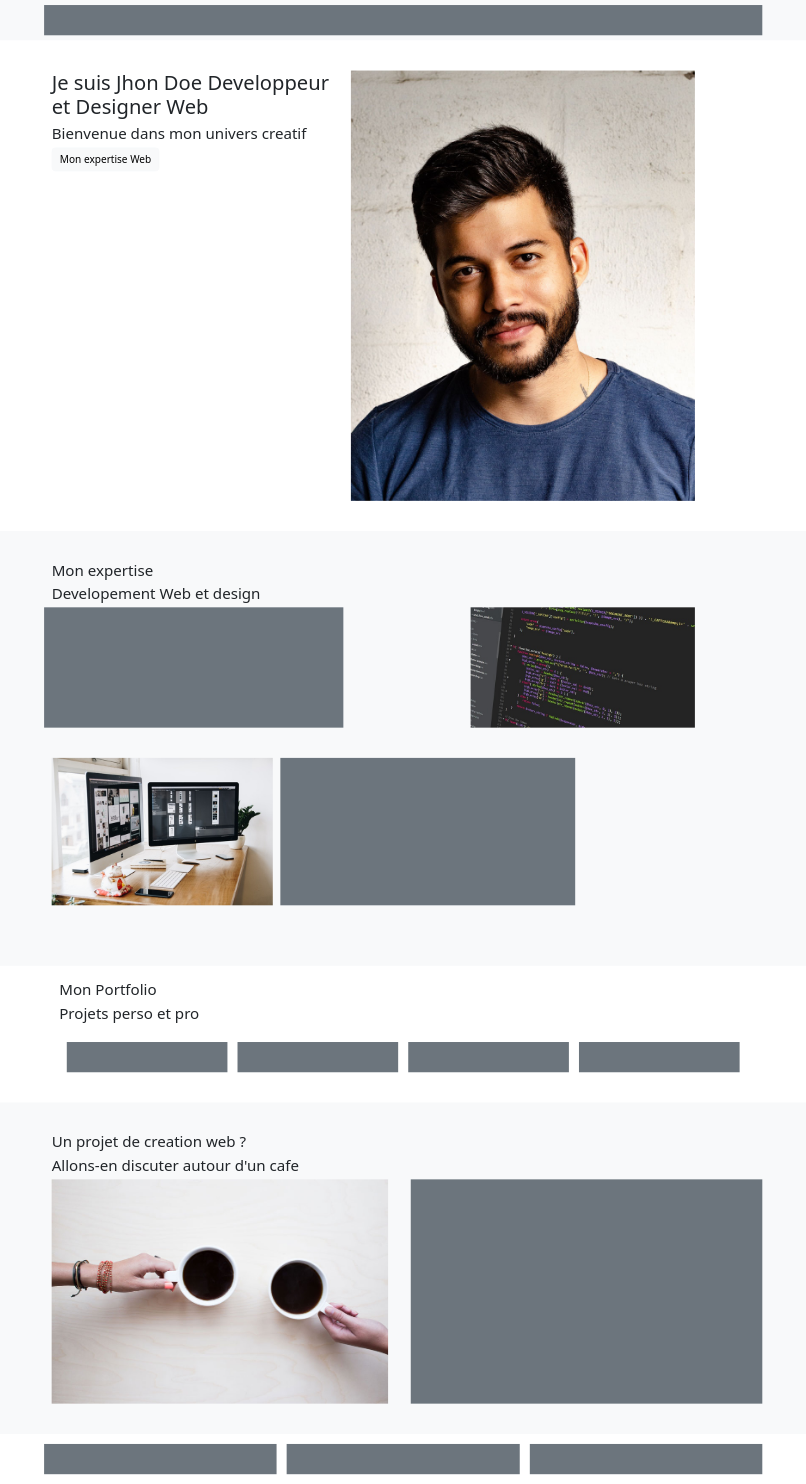
Repository: wadelfadill/Bootstrap_tache_1_portfolio
Page: index.html
The author's editor kept a copy of each file at every save. The page is drawn from the files as they stood at one save, then again after the next save.
The browser window is 1280 px wide. The pictures show the whole page, at 63% of full size.

Above is the page before, as saved 2023-03-27 13:26:19.

### index.html
<!DOCTYPE html>
<html lang="en">
<head>
    <meta charset="UTF-8">
    <meta http-equiv="X-UA-Compatible" content="IE=edge">
    <meta name="viewport" content="width=device-width, initial-scale=1.0">
    <title>Portfolio_Bootstrap</title>
    <link href="https://cdn.jsdelivr.net/npm/bootstrap@5.3.0-alpha2/dist/css/bootstrap.min.css" rel="stylesheet" integrity="sha384-aFq/bzH65dt+w6FI2ooMVUpc+21e0SRygnTpmBvdBgSdnuTN7QbdgL+OapgHtvPp" crossorigin="anonymous">
    <link rel="stylesheet" href="style.css">
</head>
<body>
    <header>
        <nav class="navbar bg-light container-fluid">
            <div class="container bg-secondary py-4">

            </div>
        </nav>
    </header>
    <main>
        <section class="my-5">
            <div class="container">
                <div class="row">
                    <div class="col-5">
                        <p class="h2">Je suis Jhon Doe Developpeur et Designer Web</p>
                        <p class="h4">Bienvenue dans mon univers creatif</p>
                        <a class="btn btn-light" href="#" role="button">Mon expertise Web</a>

                    </div>
                    <div class="col-6">
                        <img src="img/portrait.jpg" alt="profile de Jhon Doe" class="w-100">
                    </div>
                </div>
            </div>
        </section>
        <section>
            <div class="container-fluid bg-light py-5 mt-5">
                <div class="container ">
                 <p class="h4">Mon expertise</p>
                 <p class="h4">Developement Web et design</p>
                <div class="row">
                    <div class="col-5 bg-secondary">

                    </div>
                    <div class="col-2"></div>
                    <div class="col-4">
                        <img src="img/code.jpg" alt="" class="w-100">
                    </div>
                </div>
                <div class="row my-5 pe-3">
                    <div class="col-4">
                        <img src="img/design.jpg" alt="" class="w-100">
                    </div>

                    <div class="col-5 bg-secondary">

                    </div>
                </div>
             </div>
        </section>
        <section class="container">
            <div class="container my-4">
                <p class="h4">Mon Portfolio</p>
                <p class="h4">Projets perso et pro</p>
                <div class="row gap-3 p-4">
                    <div class="col bg-secondary py-4"></div>
                    <div class="col bg-secondary py-4"></div>
                    <div class="col bg-secondary py-4"></div>
                    <div class="col bg-secondary py-4"></div>
                </div>
            </div>
        </section>
        <section class="p-5 bg-light">
            <div class="container">
                <p class="h4">Un projet de creation web ?</p>
                <p class="h4">Allons-en discuter autour d'un cafe</p>
                <div class="row gap-4">
                    <div class="col">
                        <img src="img/grab-a-coffee.jpg" class="w-100" alt="">
                    </div>
                    <div class="col bg-secondary"></div>
                </div>
            </div>
        </section>
    </main>
    <footer>
        <div class="container">
            <div class="row gap-3 py-3">
                <div class="col p-4 bg-secondary"></div>
                <div class="col p-4 bg-secondary"></div>
                <div class="col p-4 bg-secondary"></div>
            </div>
        </div>
    </footer>


</body>
</html>

Loaded but not shown: style.css (no stored copy; drawn as an empty file)

After the next save:
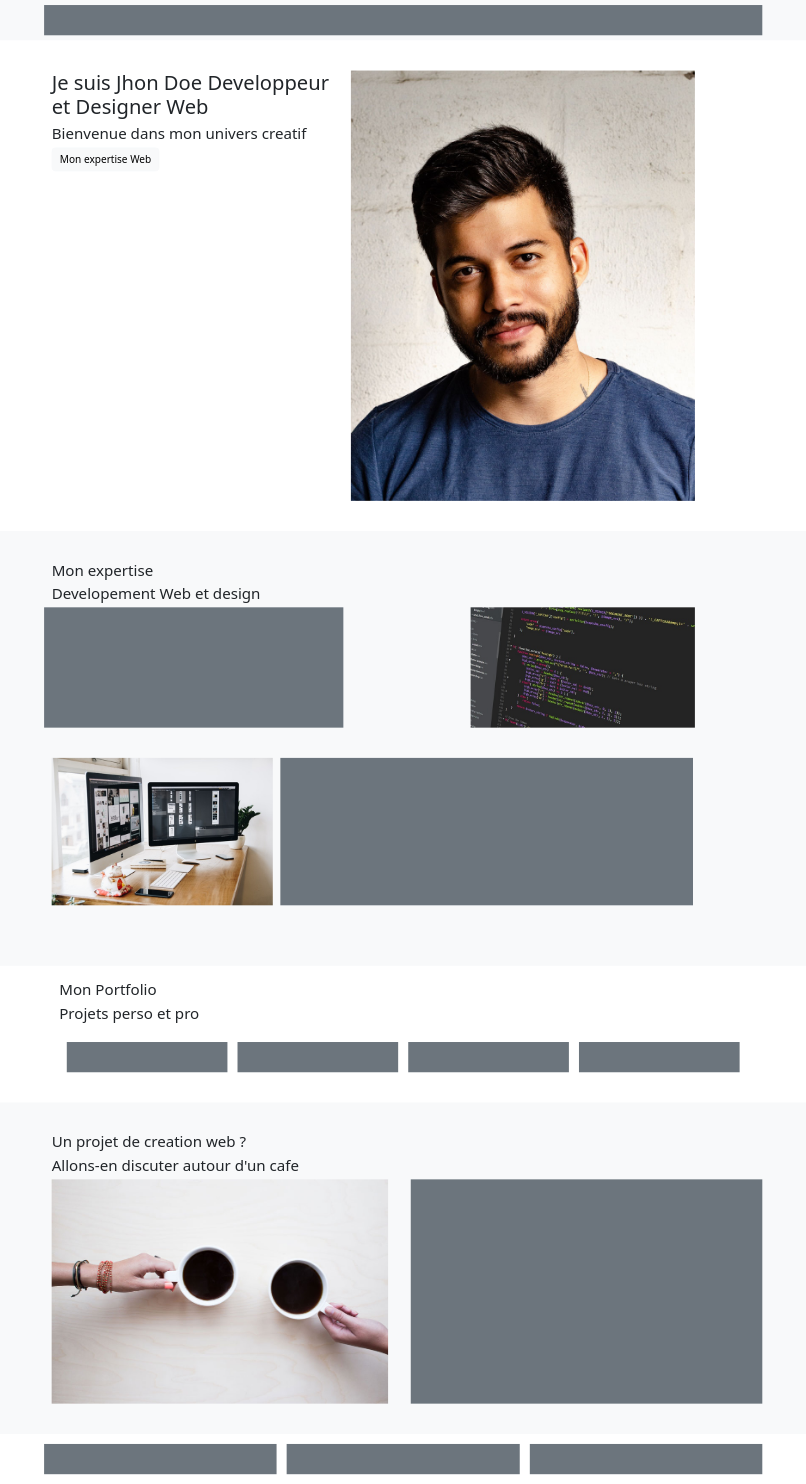
Saved 13 s later.
--- a/index.html
+++ b/index.html
@@ -51,7 +51,7 @@
                         <img src="img/design.jpg" alt="" class="w-100">
                     </div>
 
-                    <div class="col-5 bg-secondary">
+                    <div class="col-7 bg-secondary">
 
                     </div>
                 </div>
